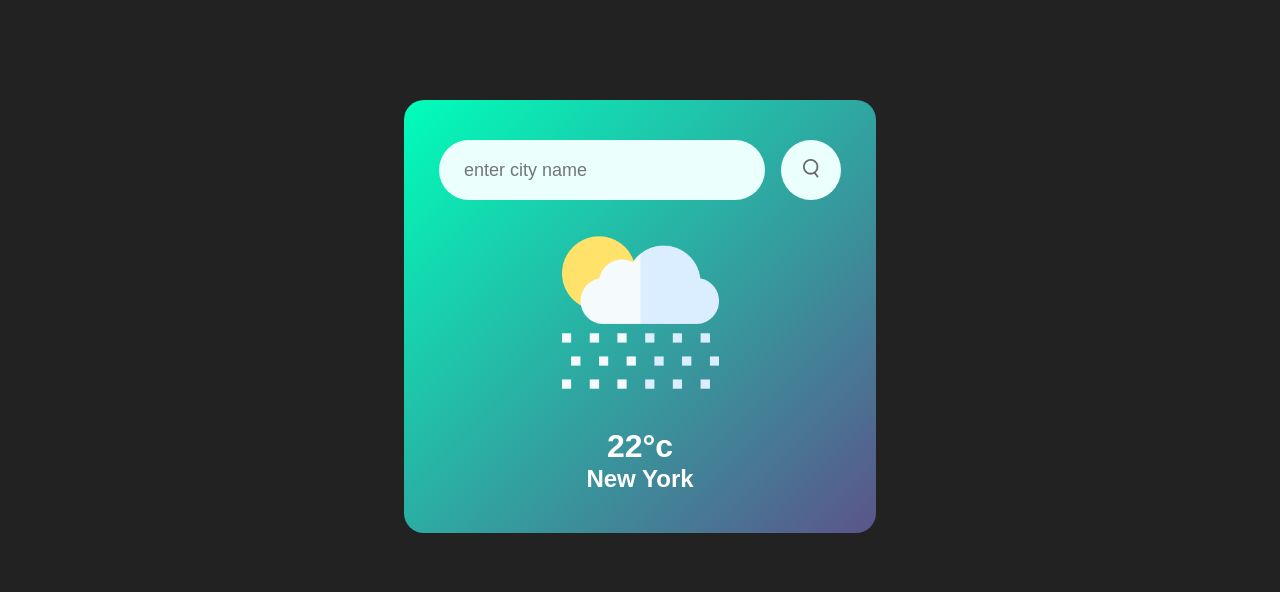
Repository: Rohit-foryou/Weather-app
Page: Weather App/Weather.html
The author's editor kept a copy of each file at every save. The page is drawn from the files as they stood at one save, then again after the next save.
The browser window is 1280 px wide. The pictures show the whole page.

Above is the page before, as saved 2023-12-13 14:24:42.

### Weather App/Weather.html
<!DOCTYPE html>
<html lang="en">
<head>
    <meta charset="UTF-8">
    <meta name="viewport" content="width=device-width, initial-scale=1.0">
    <link rel="stylesheet" href="Weather.css">
    <title>Weather</title>
</head>
<body>
    <div class="card">
        <div class="search">
            <input type="text" placeholder="enter city name" spellcheck="false">
            <button><img src="Weather(Images)/search.png" alt=""></button>
        </div>
        <div class="weather">
            <img src="Weather(Images)/rain.png" class="weather-icon">
            <h1>22°c</h1>
            <h2>New York</h2>
        </div>
    </div>
</body>
</html>

### Weather App/Weather.css
*{
    margin: 0;
    padding: 0;
    font-family: 'Poppins', sans-serif;
    box-sizing: border-box;
}

body{
    background: #222;
}

.card{
    width: 90%;
    max-width: 472px;
    background: linear-gradient(135deg, #00feba, #5b548a);
    color: #fff;
    margin: 100px auto 0;
    border-radius: 20px;
    padding: 40px 35px;
    text-align: center;
}

.search{
    width: 100%;
    display: flex;
    align-items: center;
    justify-content: space-between;
}

.search input{
    border: 0;
    outline: 0;
    background: #ebfffc;
    color: #555;
    padding: 10px 25px;
    height: 60px;
    border-radius: 30px;
    flex: 1;
    margin-right: 16px;
    font-size: 18px;
}

.search button{
    border: 0;
    outline: 0;
    background: #ebfffc;
    border-radius: 50%;
    width: 60px;
    height: 60px;
    cursor: pointer;
}

.search button img{
    width: 16px;
}

After the next save:
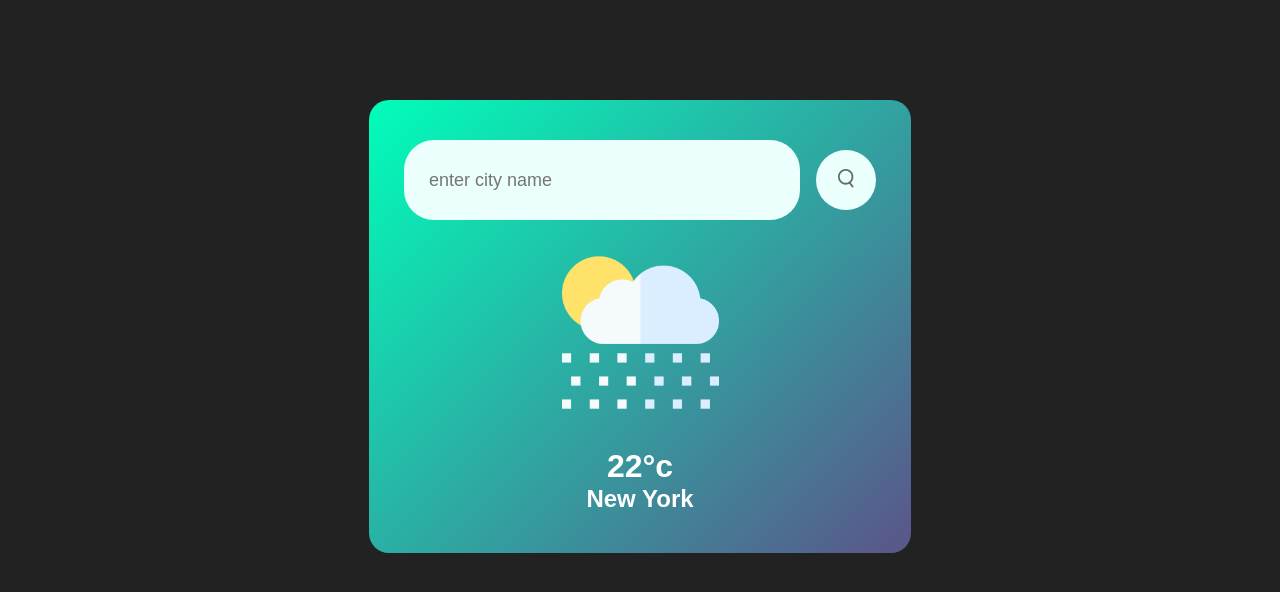
Saved 76 s later.
--- a/Weather App/Weather.css
+++ b/Weather App/Weather.css
@@ -2,7 +2,7 @@
     margin: 0;
     padding: 0;
     font-family: 'Poppins', sans-serif;
-    box-sizing: border-box;
+    /* box-sizing: border-box; */
 }
 
 body{

After the save that followed:
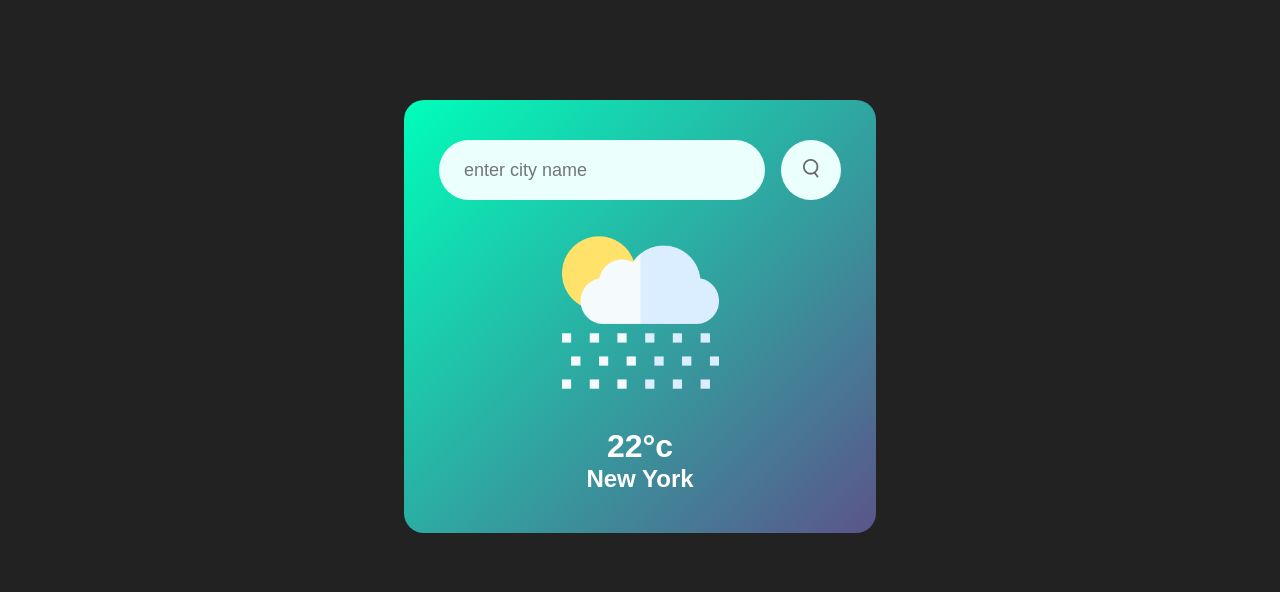
Saved 6 s later.
--- a/Weather App/Weather.css
+++ b/Weather App/Weather.css
@@ -2,7 +2,7 @@
     margin: 0;
     padding: 0;
     font-family: 'Poppins', sans-serif;
-    /* box-sizing: border-box; */
+    box-sizing: border-box;
 }
 
 body{
